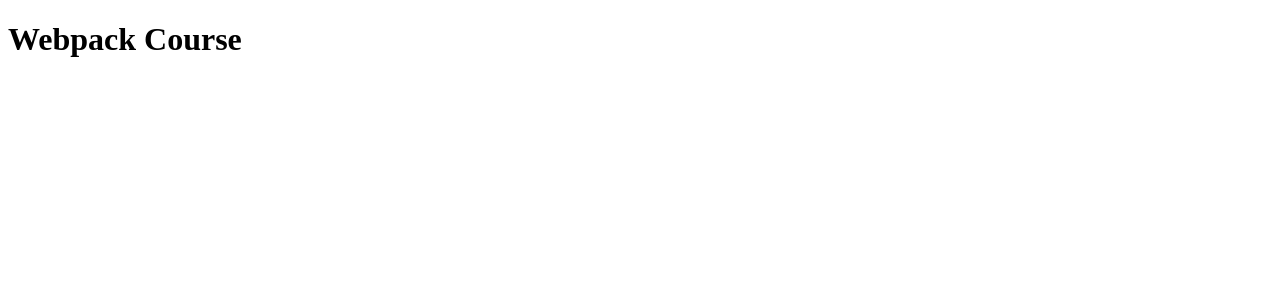
Repository: jsprogr/webpack_config_learning
Page: src/index.html
The author's editor kept a copy of each file at every save. The page is drawn from the files as they stood at one save, then again after the next save.
The browser window is 1280 px wide. The pictures show the whole page.

Above is the page before, as saved 2020-02-26 22:17:01.

### src/index.html
<!DOCTYPE html>
<html lang="en">
<head>
    <meta charset="UTF-8">
    <meta name="viewport" content="width=device-width, initial-scale=1.0">
    <meta http-equiv="X-UA-Compatible" content="ie=edge">
    <title>Webpack</title>

</head>
<body>
    <div class="container">
        <h1>Webpack Course</h1>
    </div>


</body>
</html>

After the next save:
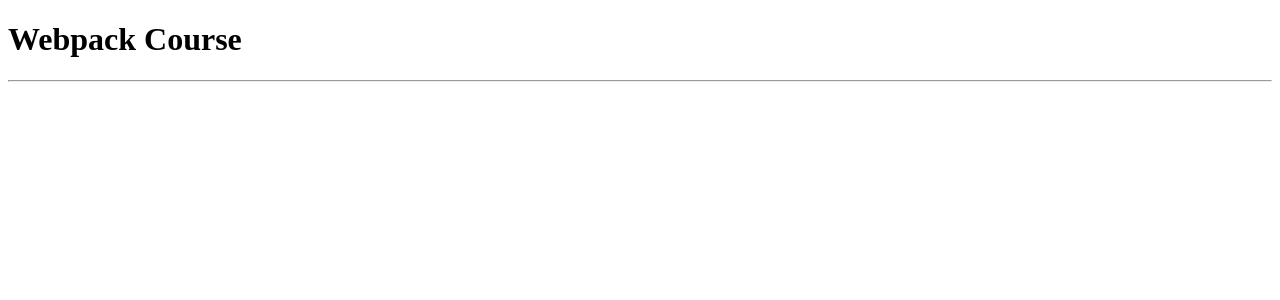
Saved 23 s later.
--- a/src/index.html
+++ b/src/index.html
@@ -10,6 +10,10 @@
 <body>
     <div class="container">
         <h1>Webpack Course</h1>
+
+        <hr>
+
+        <div class="logo"></div>
     </div>
 
 
